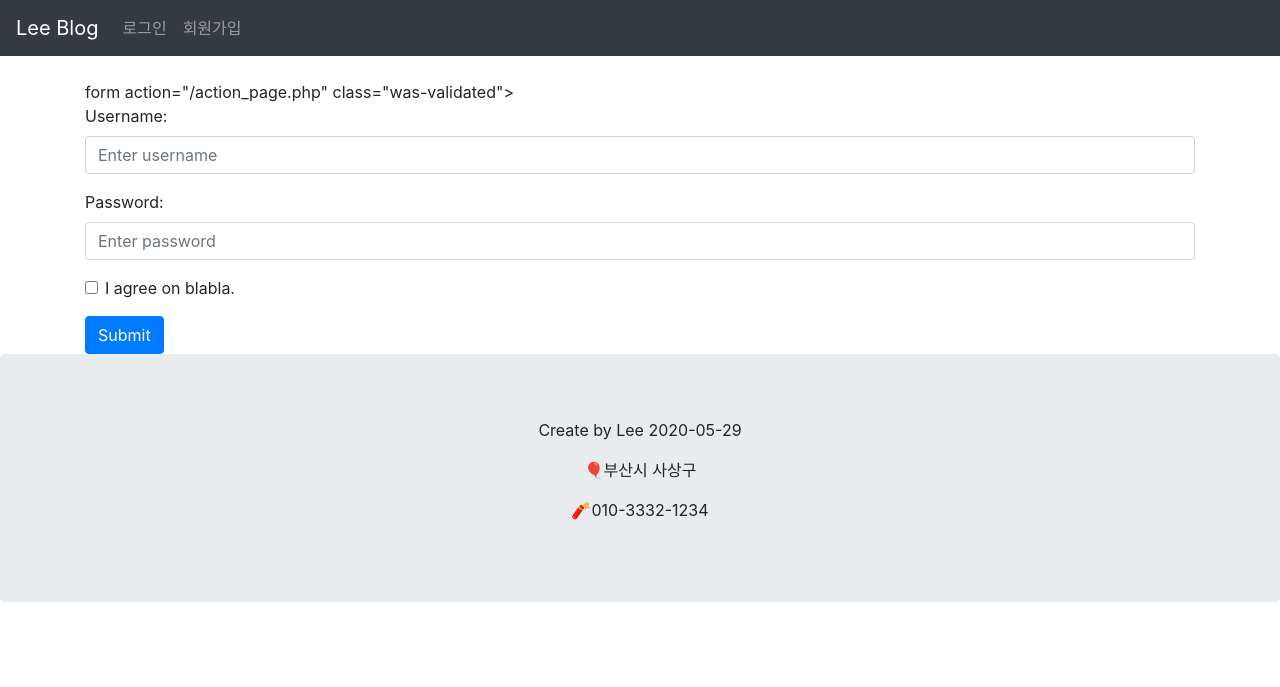
Repository: bk6717/jspwork
Page: http://localhost/blog/user/join.jsp
These files come from the project's save history. The page is drawn as it stood at one moment and after the next save; the edit follows.
The browser window is 1280 px wide. The pictures show the whole page.
The page is served by Tomcat 9. Other server files are loaded and not shown.

Above is the page before, as saved 2020-05-29 02:13:25.

### blog2/src/com/cos/blog/WebContent/user/join.jsp
<%@ page language="java" contentType="text/html; charset=UTF-8"
    pageEncoding="UTF-8"%>


<%@ include file = "../include/nav.jsp" %> <!--  상대경로.. -->
<div class = container>
form action="/action_page.php" class="was-validated">
  <div class="form-group">
    <label for="uname">Username:</label>
    <input type="text" class="form-control" id="uname" placeholder="Enter username" name="uname" required>
    <div class="valid-feedback">Valid.</div>
    <div class="invalid-feedback">Please fill out this field.</div>
  </div>
  <div class="form-group">
    <label for="pwd">Password:</label>
    <input type="password" class="form-control" id="pwd" placeholder="Enter password" name="pswd" required>
    <div class="valid-feedback">Valid.</div>
    <div class="invalid-feedback">Please fill out this field.</div>
  </div>
  <div class="form-group form-check">
    <label class="form-check-label">
      <input class="form-check-input" type="checkbox" name="remember" required> I agree on blabla.
      <div class="valid-feedback">Valid.</div>
      <div class="invalid-feedback">Check this checkbox to continue.</div>
    </label>
  </div>
  <button type="submit" class="btn btn-primary">Submit</button>
</form>
</div>
<%@ include file = "../include/footer.jsp" %> <!--  상대경로.. -->

### blog2/src/com/cos/blog/WebContent/include/nav.jsp
<%@ page language="java" contentType="text/html; charset=UTF-8"
    pageEncoding="UTF-8"%>
<!DOCTYPE html>
<html lang="en">
<head>
  <title>Lee blog 제목</title>
  <meta charset="utf-8">
  <meta name="viewport" content="width=device-width, initial-scale=1">
  <link rel="stylesheet" href="https://maxcdn.bootstrapcdn.com/bootstrap/4.5.0/css/bootstrap.min.css">
  <script src="https://ajax.googleapis.com/ajax/libs/jquery/3.5.1/jquery.min.js"></script>
  <script src="https://cdnjs.cloudflare.com/ajax/libs/popper.js/1.16.0/umd/popper.min.js"></script>
  <script src="https://maxcdn.bootstrapcdn.com/bootstrap/4.5.0/js/bootstrap.min.js"></script>
</head>
<body>

<nav class="navbar navbar-expand-md bg-dark navbar-dark">
  <a class="navbar-brand" href="#">Lee Blog</a>
  <button class="navbar-toggler" type="button" data-toggle="collapse" data-target="#collapsibleNavbar">
    <span class="navbar-toggler-icon"></span>
  </button>
  <div class="collapse navbar-collapse" id="collapsibleNavbar">
    <ul class="navbar-nav">
      <li class="nav-item">
        <a class="nav-link" href="#">로그인</a>
      </li>
      <li class="nav-item">
        <a class="nav-link" href="#">회원가입</a>

    </ul>
  </div>
</nav>
<br>

### blog2/src/com/cos/blog/WebContent/include/footer.jsp
<%@ page language="java" contentType="text/html; charset=UTF-8"
    pageEncoding="UTF-8"%>

<div class = "jumbotron text-center" style="margin-bottom:0">
 <p>Create by Lee 2020-05-29</p>
   <p>🎈부산시 사상구 </p>
   <p>🧨010-3332-1234 </p>
</div>

</body>
</html>

After the next save:
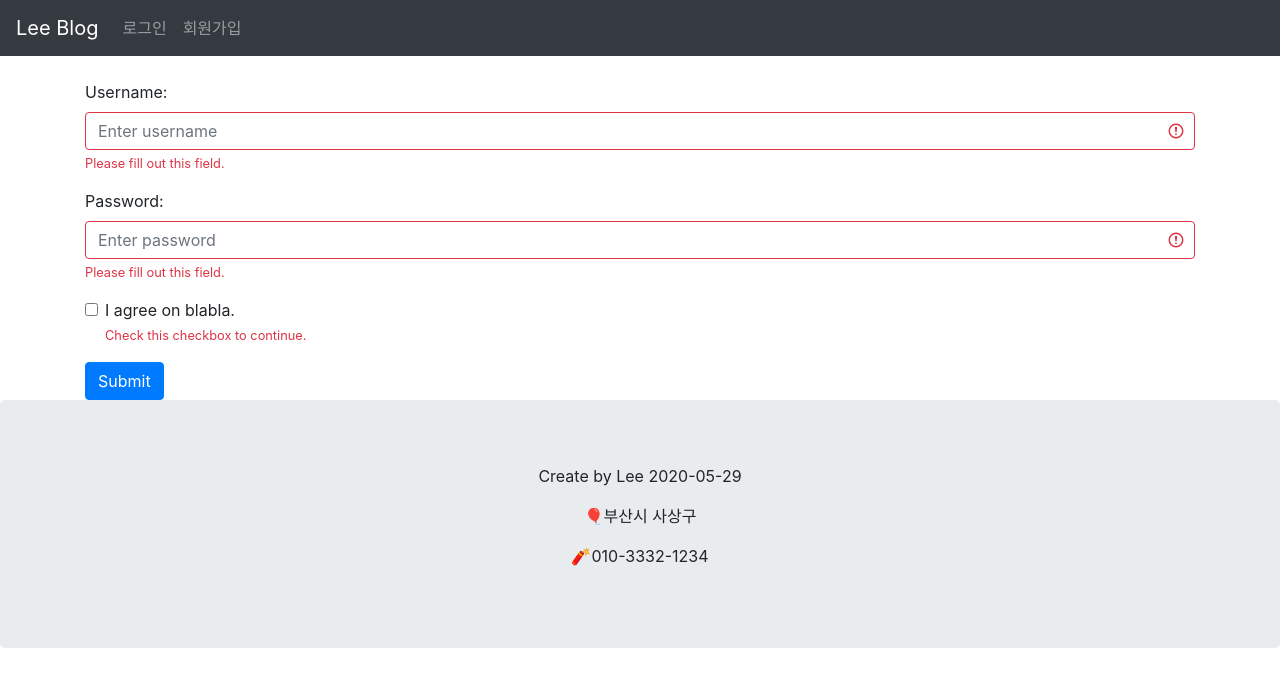
Saved 12 s later.
--- a/blog2/src/com/cos/blog/WebContent/user/join.jsp
+++ b/blog2/src/com/cos/blog/WebContent/user/join.jsp
@@ -4,7 +4,7 @@
 
 <%@ include file = "../include/nav.jsp" %> <!--  상대경로.. -->
 <div class = container>
-form action="/action_page.php" class="was-validated">
+<form action="/action_page.php" class="was-validated">
   <div class="form-group">
     <label for="uname">Username:</label>
     <input type="text" class="form-control" id="uname" placeholder="Enter username" name="uname" required>
